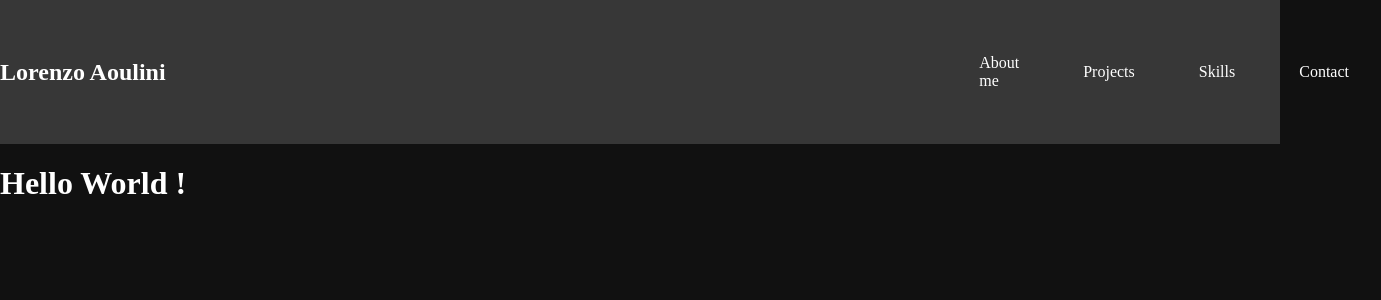
Repository: lolo298/lolo298.github.io
Page: index.html
An editor plug-in stored every save of this project. The page is shown before and after the next save, followed by the edit.
The browser window is 1280 px wide. The page is 1381 px wide, then 1355 px, so the pictures cover 1381 px, including what lies to the right of the window. The pictures show the whole page.

Above is the page before, as saved 2022-05-10 13:02:47.

After the next save:
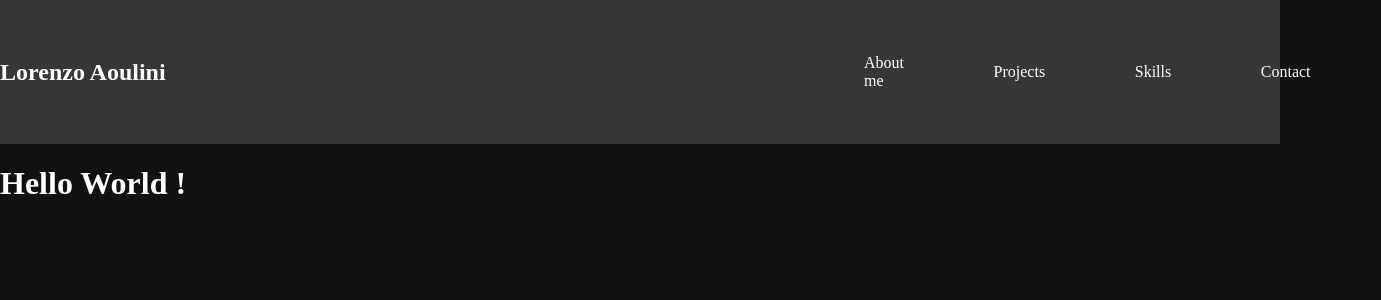
Saved 6 s later.
--- a/css/style.css
+++ b/css/style.css
@@ -29,7 +29,7 @@ body {
 }
 
 .main-navbar-list {
-    width: 25%;
+    width: 35%;
     display: flex;
     flex-direction: row;
     align-items: center;
